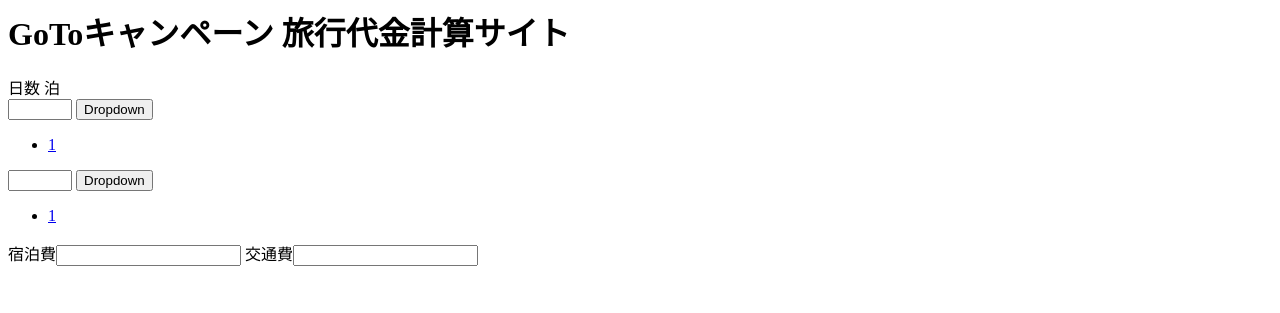
Repository: Ischca/ischca.github.io
Page: src/my-app.html
An editor plug-in stored every save of this project. The page is shown before and after the next save, followed by the edit.
The browser window is 1280 px wide. The pictures show the whole page.

Above is the page before, as saved 2020-10-02 13:49:42.

After the next save:
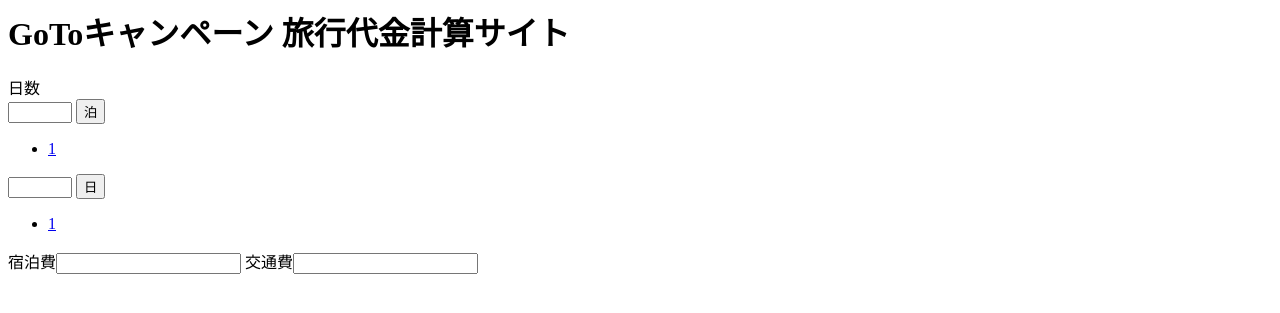
Saved 15 s later.
--- a/src/my-app.html
+++ b/src/my-app.html
@@ -1,10 +1,9 @@
 <h1>GoToキャンペーン 旅行代金計算サイト</h1>
 
 日数
-泊
 <div class="input-group mb-3">
     <input type="number" class="form-control" min="1" max="100">
-    <button class="btn btn-outline-secondary dropdown-toggle" type="button" data-toggle="dropdown" aria-expanded="false">Dropdown</button>
+    <button class="btn btn-outline-secondary dropdown-toggle" type="button" data-toggle="dropdown" aria-expanded="false">泊</button>
     <ul class="dropdown-menu dropdown-menu-right">
       <li><a class="dropdown-item" href="#">1</a></li>
     </ul>
@@ -12,7 +11,7 @@
 
 <div class="input-group mb-3">
     <input type="number" class="form-control" min="1" max="100">
-    <button class="btn btn-outline-secondary dropdown-toggle" type="button" data-toggle="dropdown" aria-expanded="false">Dropdown</button>
+    <button class="btn btn-outline-secondary dropdown-toggle" type="button" data-toggle="dropdown" aria-expanded="false">日</button>
     <ul class="dropdown-menu dropdown-menu-right">
       <li><a class="dropdown-item" href="#">1</a></li>
     </ul>
